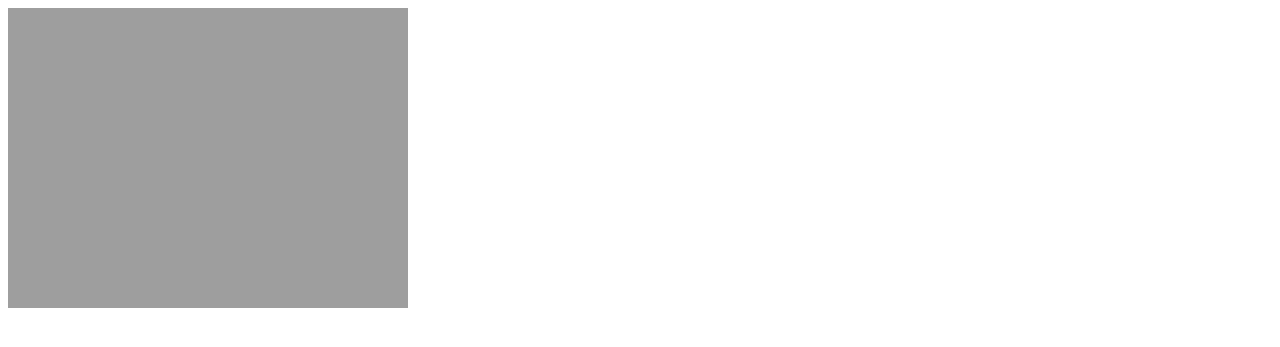
Repository: BlueLionycb/study-demo
Page: canvas-demo/src/index14.html
These files come from the project's save history. The page is drawn as it stood at one moment and after a run of saves; the edit follows.
The browser window is 1280 px wide. The pictures show the whole page.

Above is the page before, as saved 2020-01-26 22:55:06.

### canvas-demo/src/index14.html
<!DOCTYPE html>
<html lang="en">
    <head>
        <meta charset="UTF-8">
        <meta name="viewport" content="width=device-width, initial-scale=1.0">
        <meta http-equiv="X-UA-Compatible" content="ie=edge">
        <title>图片引入</title>
    </head>
    <body>
        <canvas id="myCanvas" height="600" width="600">

        </canvas>

        <script>
        function draw(){
            let canvas=document.getElementById("myCanvas") //画布
            let ctx=canvas.getContext("2d"); //上下文，画笔

            let img= new Image()
            img.src = './img/image.png'

            img.onload = function(){
                //图片，x，y
                ctx.drawImage(this,0,0)
            }


        }

        draw();

    </script>
    </body>
</html>

After the next 2 saves:
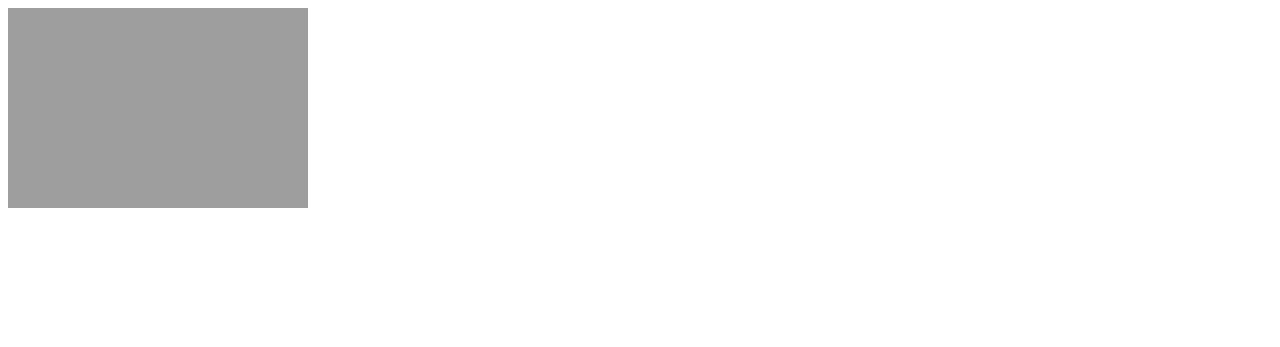
The 2 saves are shown as one change because they came seconds apart.
The last was saved 54 s later.
--- a/canvas-demo/src/index14.html
+++ b/canvas-demo/src/index14.html
@@ -21,7 +21,7 @@
 
             img.onload = function(){
                 //图片，x，y
-                ctx.drawImage(this,0,0)
+                ctx.drawImage(this,0,0,300,200)
             }
 
 
